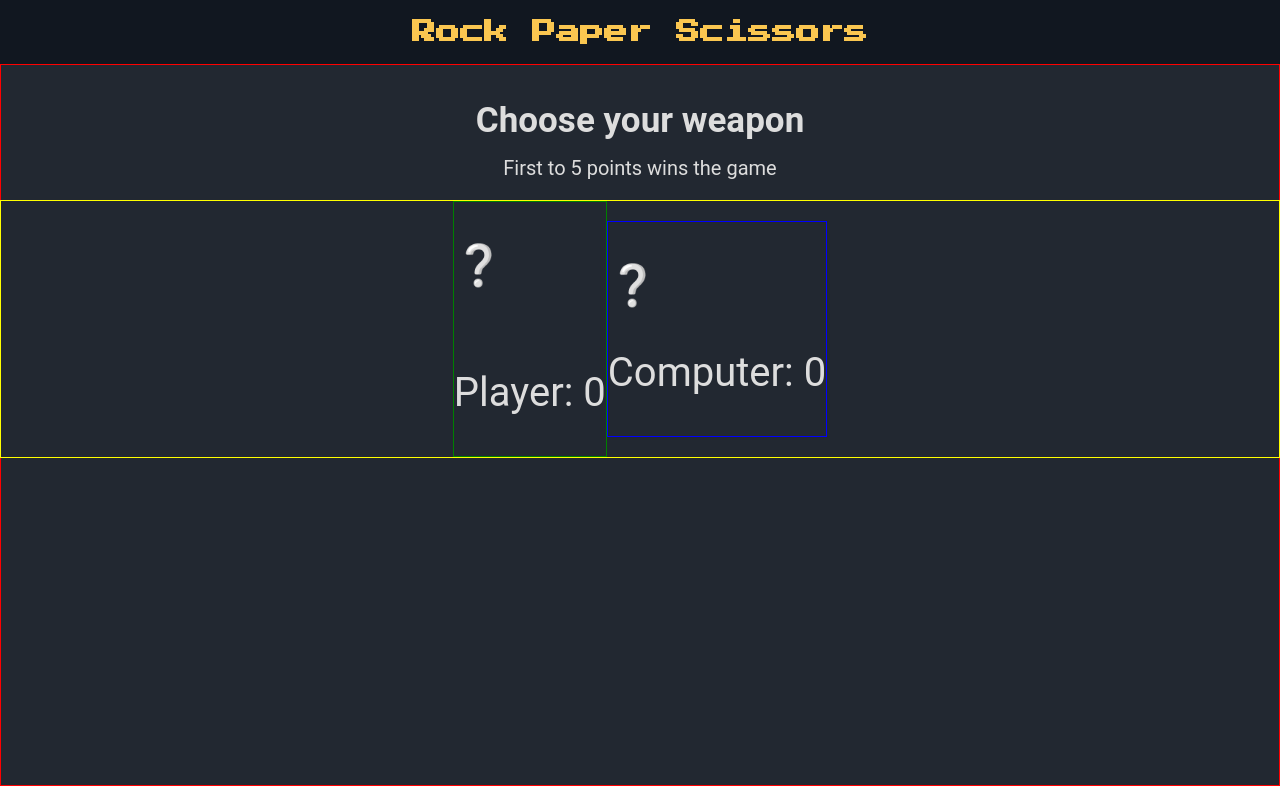
Repository: Aaryan-Poria/Rock-Paper-Scissors
Page: index.html
These files come from the project's save history. The page is drawn as it stood at one moment and after the next save; the edit follows.
The browser window is 1280 px wide. The pictures show the whole page.

Above is the page before, as saved 2023-08-22 22:51:58.

### index.html
<!DOCTYPE html>
<html lang="en">
  <head>
    <meta charset="UTF-8" />
    <meta name="viewport" content="width=device-width, initial-scale=1.0" />
    <title>Rock Paper Scissors</title>
    <link rel="preconnect" href="https://fonts.googleapis.com" />
    <link rel="preconnect" href="https://fonts.gstatic.com" crossorigin />
    <link
      href="https://fonts.googleapis.com/css2?family=Press+Start+2P&display=swap"
      rel="stylesheet"
    />
    <link rel="stylesheet" href="style.css" />
  </head>

  <body>
    <section class="head">
      <h2>Rock Paper Scissors</h2>
    </section>
    <section class="main">
      <div class="main-text">
        <h3>Choose your weapon</h3>
        <p>First to 5 points wins the game</p>
      </div>
      <div class="text-content">
        <div class="info player">
          <p class="qmark 1">❔</p>
          <p class="score 1">Player: 0</p>
        </div>
        <div class="info comp">
          <p class="qmark 2">❔</p>
          <p class="score 2">Computer: 0</p>
        </div>
      </div>
    </section>
  </body>
</html>

### style.css
body {
  margin: 0;
  padding: 0;
  display: flex;
  flex-direction: column;
  min-height: 100%;
  min-width: 100%;
}
.head {
  display: flex;
  justify-content: center;
  align-items: center;
  color: #fac650;
  background-color: #111720;
  font-family: "Press Start 2P", cursive;
}
.main {
  display: flex;
  flex-grow: 1;
  height: 100vh;
  flex-direction: column;
  background-color: #222831;
  color: #dddddd;
  font-family: "Roboto", sans-serif;
  align-items: center;
  border: 1px solid red;
}

.main-text {
  /* border: 1px solid green; */
  display: flex;
  flex-direction: column;
  justify-content: center;
  align-items: center;
}
.main-text > h3 {
  font-size: 35px;
}
.main-text > p {
  font-size: 20px;
  margin-top: -20px;
}
.text-content {
  display: flex;
  width: 100%;
  border: 1px solid yellow;
  display: flex;
  font-size: 40px;
  justify-content: center;
  align-items: center;
}
.player {
  display: flex;
  flex-direction: column;
  border: 1px solid green;
}
.comp {
  border: 1px solid blue;
}

After the next save:
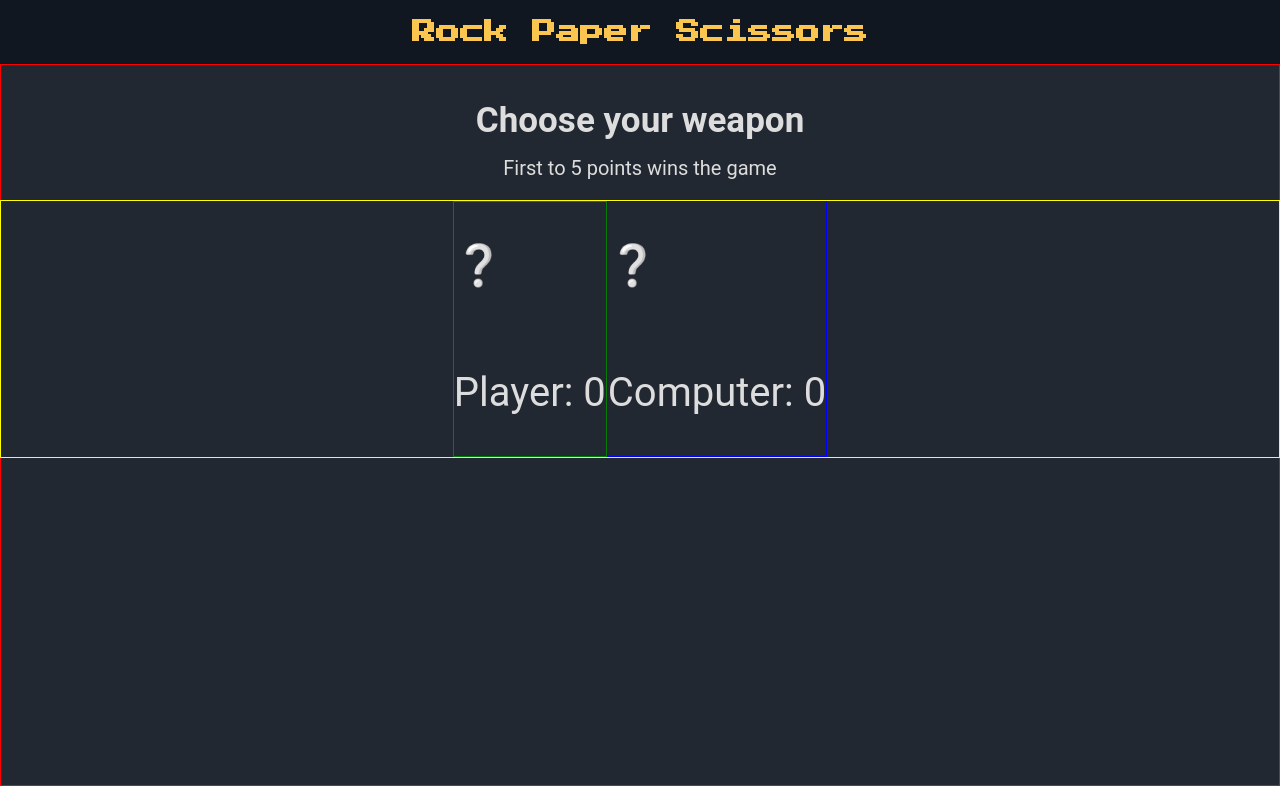
Saved 12 s later.
--- a/style.css
+++ b/style.css
@@ -56,4 +56,6 @@ body {
 }
 .comp {
   border: 1px solid blue;
+  display: flex;
+  flex-direction: column;
 }
